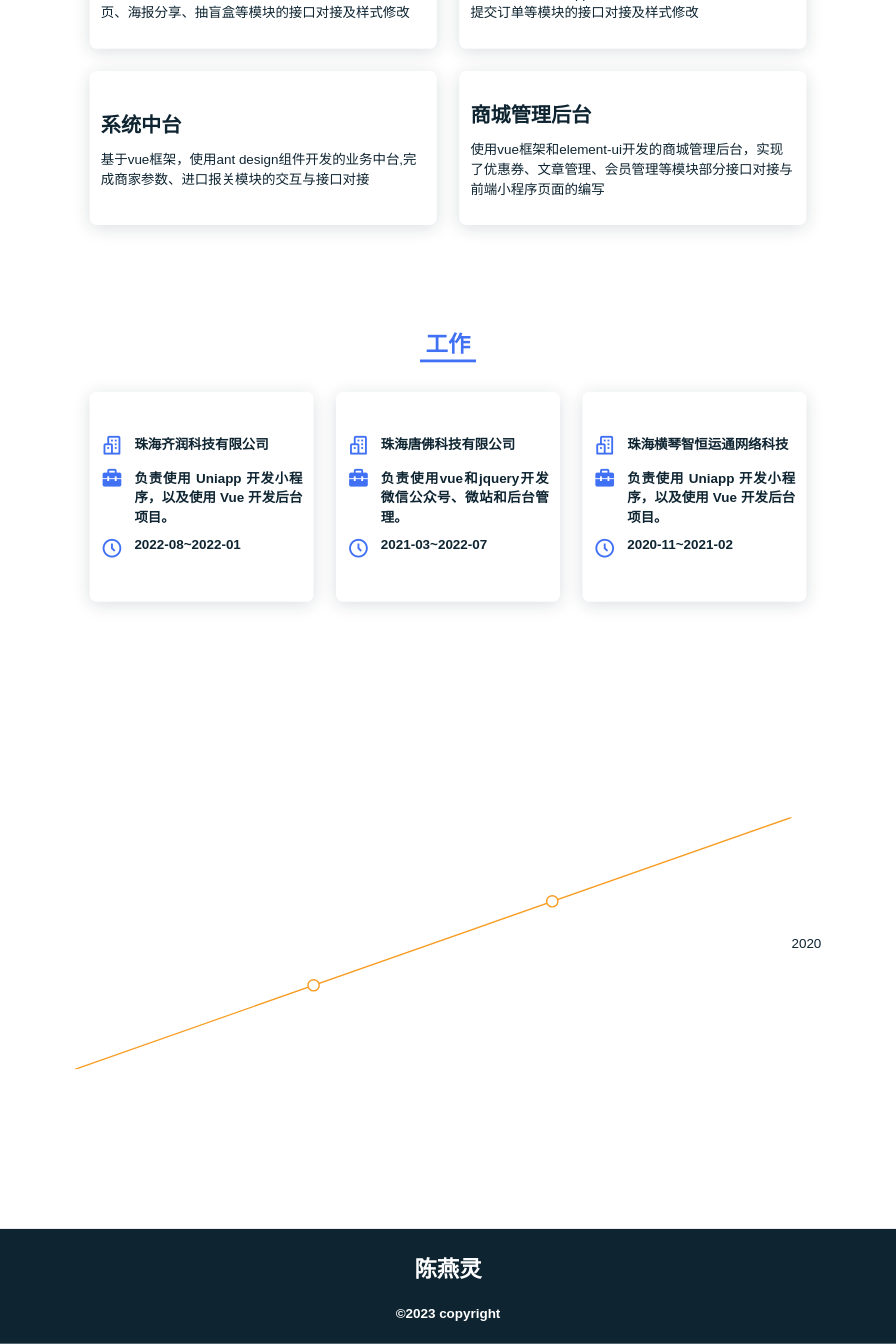
Repository: alinlinbo/yanling-resume-site
Page: index.html
An editor plug-in stored every save of this project. The page is shown before and after the next save, followed by the edit.
The browser window is 1280 px wide. The pictures show the part of the page from y = 2671 to 4591 px (the page is 4591 px tall), at 70% of full size.

Above is the page before, as saved 2023-09-22 18:36:43.

After the next save:
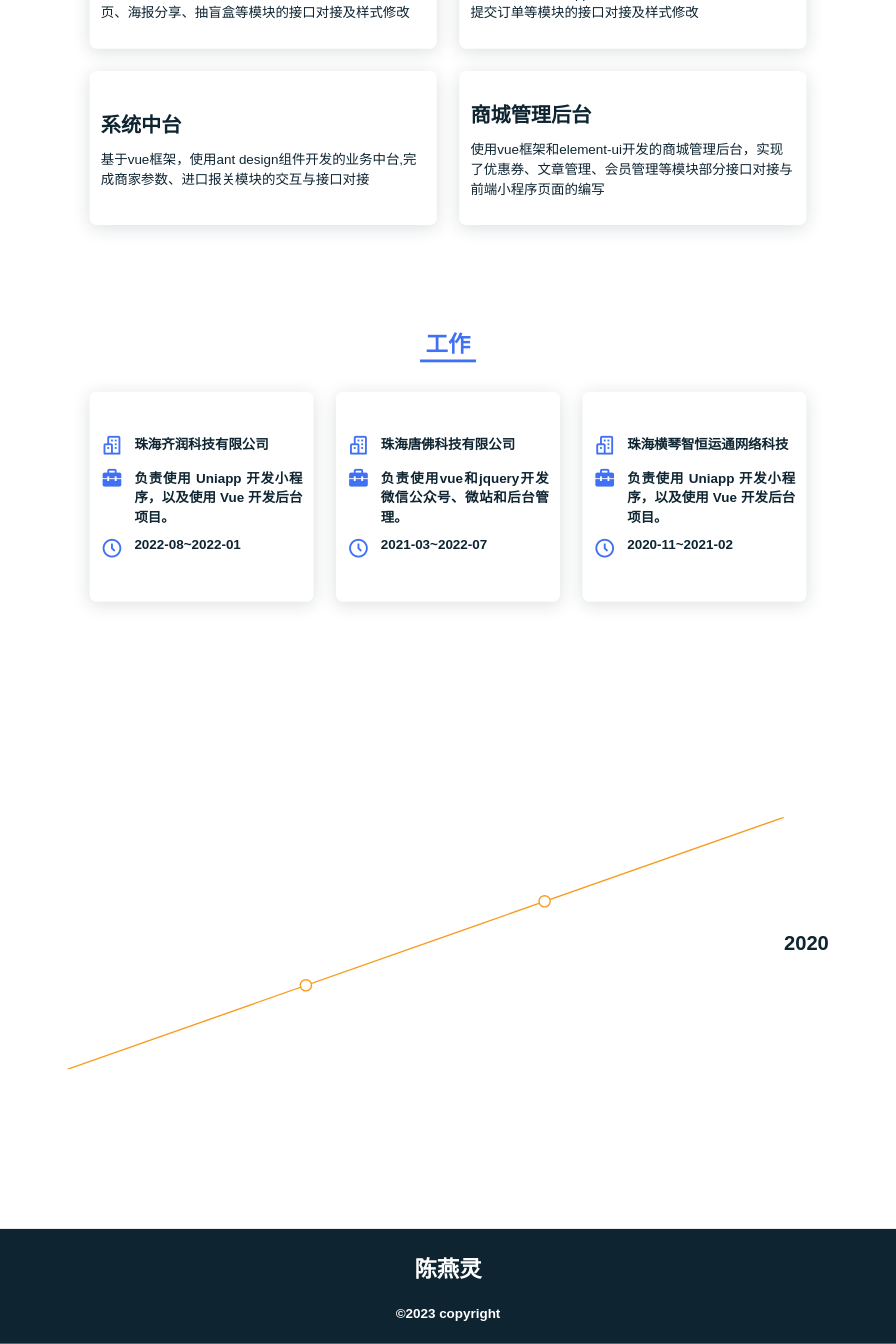
Saved 12 min 48 s later.
--- a/index.html
+++ b/index.html
@@ -335,7 +335,8 @@
                 </svg>
                 <div class="work__list">
                     <div class="work__item">
-                        <year>2020</year>
+                        <h1>2020</h1>
+
                     </div>
                 </div>
             </div>
